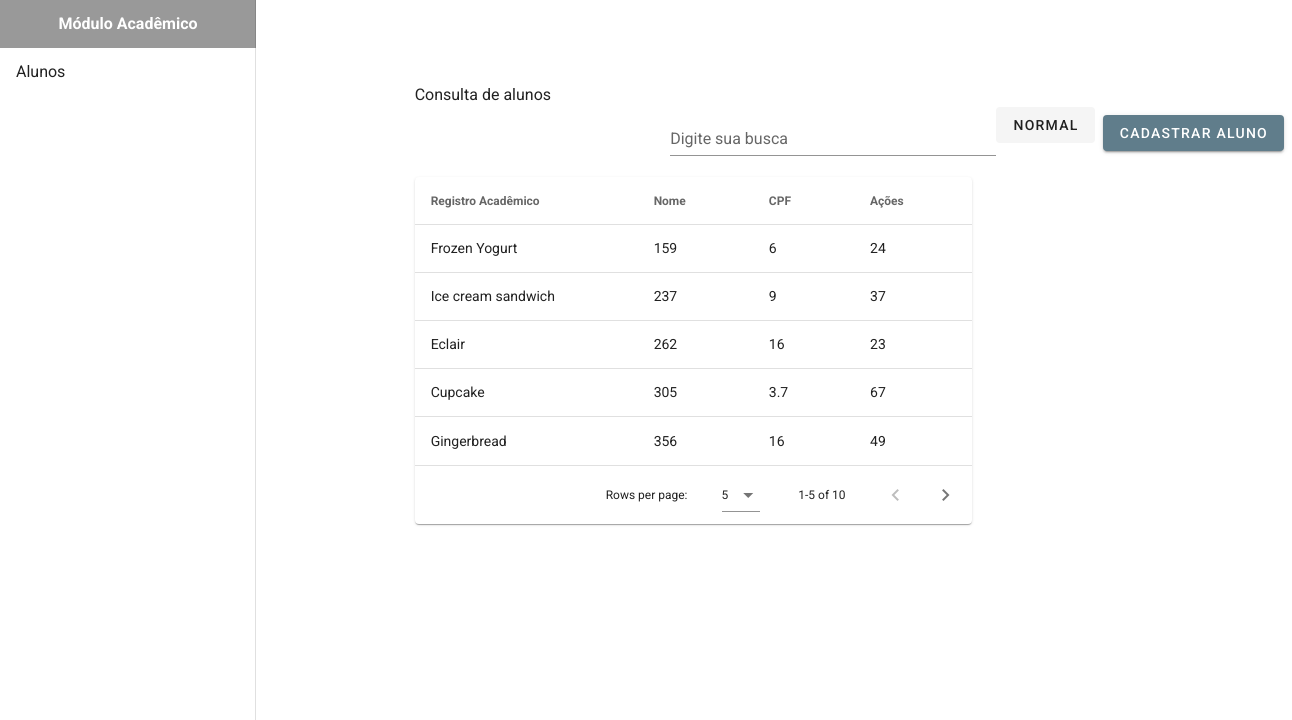
Repository: sergiohidekiono/vue-student
Page: /
An editor plug-in stored every save of this project. The page is shown before and after the next save, followed by the edit.
The browser window is 1280 px wide. The page is 1292 px wide, so the pictures cover 1292 px, including what lies to the right of the window. The pictures show the whole page.
The project was rebuilt for these pictures with package versions that can differ from the ones it lists, and the page was loaded fresh each time. Also part of the build but not shown: vue.config.js.

Above is the page before, as saved 2024-08-07 10:05:35.

### src/App.vue
<template>
  <v-app>
    <v-main class="wrapper">
      <StudentList class="wrapper" />
    </v-main>
  </v-app>
</template>

<script>
import StudentList from './components/student-list';

export default {
  name: 'App',

  components: {
    StudentList,
  },

  data: () => ({
    //
  }),
};
</script>

<style>
.wrapper {
  width: 100vw;
  height: 100vh;
  margin: 0;
}
</style>

### src/components/student-list.vue
<template>
    <v-container>
        <v-row>
            <div class="d-flex align-start">
                <v-img :src="require('../assets/logo.png')" class="my-3" />
            </div>
        </v-row>
        <v-row>
            <v-col cols="2">
                <v-navigation-drawer v-model="drawer" app clipped :permanent="false">
                    <v-list>
                        <v-list-item>
                            <v-list-item-content class="header-table" style="padding: 0 !important;">
                                <v-list-item-title style="padding: 0; margin: 0;">
                                    <h4 class="d-flex justify-center">Módulo Acadêmico</h4>
                                </v-list-item-title>
                            </v-list-item-content>
                        </v-list-item>
                        <v-list-item link>
                            <v-list-item-content style="padding: 0;">
                                <v-list-item-title class="ml-4">Alunos</v-list-item-title>
                            </v-list-item-content>
                        </v-list-item>
                    </v-list>
                </v-navigation-drawer>
            </v-col>
            <v-col cols="10">
                <v-row cols="12" justify="center">
                    <v-row>
                        <span>Consulta de alunos</span>
                    </v-row>
                    <v-row>
                        <v-text-field label="Digite sua busca"></v-text-field>
                        <v-btn depressed> Normal </v-btn>
                        <v-btn :loading="loading3" :disabled="loading3" color="blue-grey" class="ma-2 white--text"
                            @click="loader = 'loading3'"> Cadastrar Aluno </v-btn>
                    </v-row>
                    <v-row>
                        <template>
                            <v-data-table :headers="headers" :items="desserts" :items-per-page="5"
                                class="elevation-1"></v-data-table>
                        </template>
                    </v-row>
                </v-row>
            </v-col>
        </v-row>
    </v-container>
</template>

<script>

export default {
    name: 'StudentList',
    data() {
        return {
            headers: [
                {
                    text: 'Registro Acadêmico',
                    value: 'name',
                },
                { text: 'Nome', value: 'calories' },
                { text: 'CPF', value: 'fat' },
                { text: 'Ações', value: 'carbs' }
            ],
            desserts: [
                {
                    name: 'Frozen Yogurt',
                    calories: 159,
                    fat: 6.0,
                    carbs: 24,
                    protein: 4.0,
                    iron: 1,
                },
                {
                    name: 'Ice cream sandwich',
                    calories: 237,
                    fat: 9.0,
                    carbs: 37,
                    protein: 4.3,
                    iron: 1,
                },
                {
                    name: 'Eclair',
                    calories: 262,
                    fat: 16.0,
                    carbs: 23,
                    protein: 6.0,
                    iron: 7,
                },
                {
                    name: 'Cupcake',
                    calories: 305,
                    fat: 3.7,
                    carbs: 67,
                    protein: 4.3,
                    iron: 8,
                },
                {
                    name: 'Gingerbread',
                    calories: 356,
                    fat: 16.0,
                    carbs: 49,
                    protein: 3.9,
                    iron: 16,
                },
                {
                    name: 'Jelly bean',
                    calories: 375,
                    fat: 0.0,
                    carbs: 94,
                    protein: 0.0,
                    iron: 0,
                },
                {
                    name: 'Lollipop',
                    calories: 392,
                    fat: 0.2,
                    carbs: 98,
                    protein: 0,
                    iron: 2,
                },
                {
                    name: 'Honeycomb',
                    calories: 408,
                    fat: 3.2,
                    carbs: 87,
                    protein: 6.5,
                    iron: 45,
                },
                {
                    name: 'Donut',
                    calories: 452,
                    fat: 25.0,
                    carbs: 51,
                    protein: 4.9,
                    iron: 22,
                },
                {
                    name: 'KitKat',
                    calories: 518,
                    fat: 26.0,
                    carbs: 65,
                    protein: 7,
                    iron: 6,
                },
            ],
        }
    }
}

</script>

<style scoped>
.v-list-item.theme--light .header-table {
    color: white;
    padding: 0 !important;
}

.v-list-item.theme--light {
    padding: 0 !important;
    background: #999999;
}

.v-list.v-sheet.theme--light {
    padding: 0 !important;
}

.v-list-item.v-list-item--link.theme--light {
    background: white;
}
</style>

Loaded but not shown: public/index.html (common file); src/main.js (common file); src/plugins/vuetify.js (common file)

After the next save:
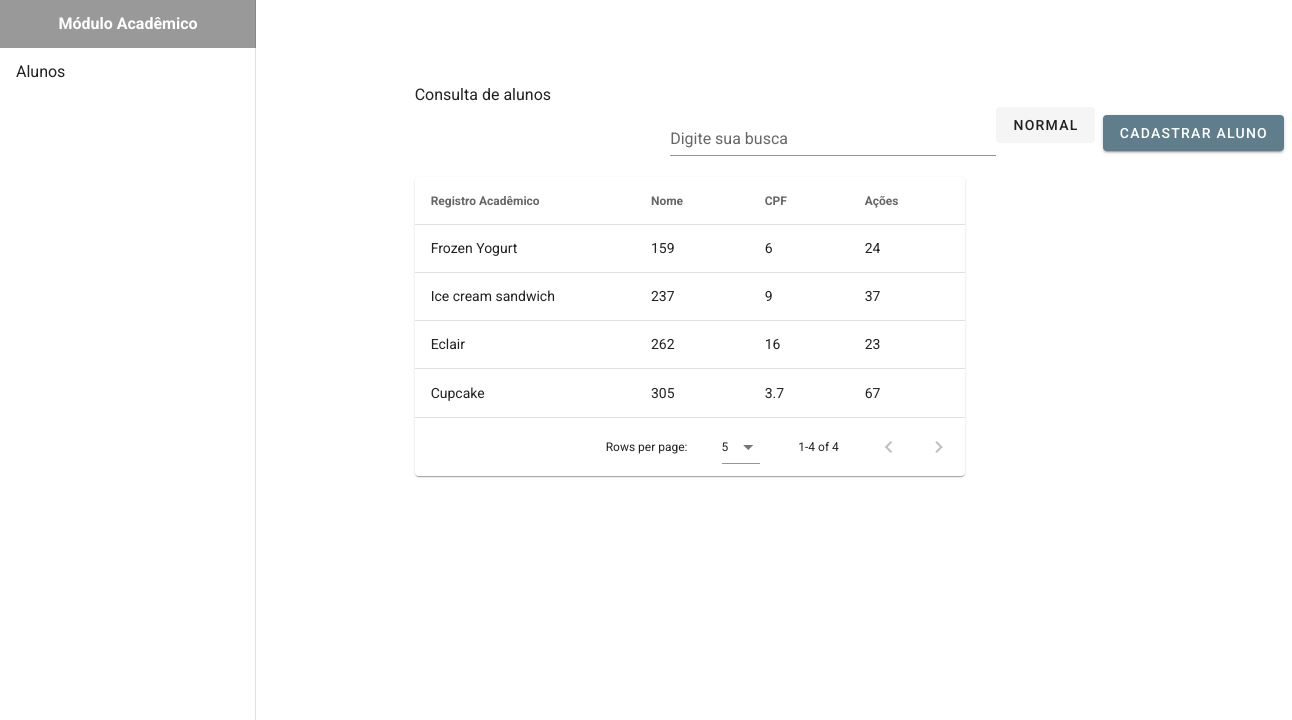
Saved 116 s later.
--- a/src/components/student-list.vue
+++ b/src/components/student-list.vue
@@ -56,93 +56,38 @@ export default {
             headers: [
                 {
                     text: 'Registro Acadêmico',
-                    value: 'name',
+                    value: 'register',
                 },
-                { text: 'Nome', value: 'calories' },
-                { text: 'CPF', value: 'fat' },
-                { text: 'Ações', value: 'carbs' }
+                { text: 'Nome', value: 'name' },
+                { text: 'CPF', value: 'document' },
+                { text: 'Ações', value: 'action' }
             ],
             desserts: [
                 {
-                    name: 'Frozen Yogurt',
-                    calories: 159,
-                    fat: 6.0,
-                    carbs: 24,
-                    protein: 4.0,
-                    iron: 1,
+                    register: 'Frozen Yogurt',
+                    name: 159,
+                    document: 6.0,
+                    action: 24,
                 },
                 {
-                    name: 'Ice cream sandwich',
-                    calories: 237,
-                    fat: 9.0,
-                    carbs: 37,
-                    protein: 4.3,
-                    iron: 1,
+                    register: 'Ice cream sandwich',
+                    name: 237,
+                    document: 9.0,
+                    action: 37,
                 },
                 {
-                    name: 'Eclair',
-                    calories: 262,
-                    fat: 16.0,
-                    carbs: 23,
-                    protein: 6.0,
-                    iron: 7,
+                    register: 'Eclair',
+                    name: 262,
+                    document: 16.0,
+                    action: 23,
                 },
                 {
-                    name: 'Cupcake',
-                    calories: 305,
-                    fat: 3.7,
-                    carbs: 67,
-                    protein: 4.3,
-                    iron: 8,
+                    register: 'Cupcake',
+                    name: 305,
+                    document: 3.7,
+                    action: 67,
                 },
-                {
-                    name: 'Gingerbread',
-                    calories: 356,
-                    fat: 16.0,
-                    carbs: 49,
-                    protein: 3.9,
-                    iron: 16,
-                },
-                {
-                    name: 'Jelly bean',
-                    calories: 375,
-                    fat: 0.0,
-                    carbs: 94,
-                    protein: 0.0,
-                    iron: 0,
-                },
-                {
-                    name: 'Lollipop',
-                    calories: 392,
-                    fat: 0.2,
-                    carbs: 98,
-                    protein: 0,
-                    iron: 2,
-                },
-                {
-                    name: 'Honeycomb',
-                    calories: 408,
-                    fat: 3.2,
-                    carbs: 87,
-                    protein: 6.5,
-                    iron: 45,
-                },
-                {
-                    name: 'Donut',
-                    calories: 452,
-                    fat: 25.0,
-                    carbs: 51,
-                    protein: 4.9,
-                    iron: 22,
-                },
-                {
-                    name: 'KitKat',
-                    calories: 518,
-                    fat: 26.0,
-                    carbs: 65,
-                    protein: 7,
-                    iron: 6,
-                },
+
             ],
         }
     }
